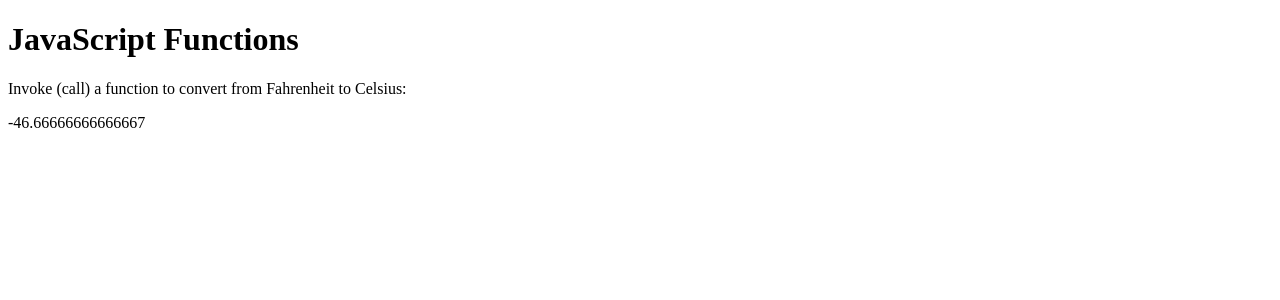
Repository: end888160/end888160.github.io
Page: slidertest.html
An editor plug-in stored every save of this project. The page is shown before and after the next save, followed by the edit.
The browser window is 1280 px wide. The pictures show the whole page.

Above is the page before, as saved 2024-09-21 20:44:18.

### slidertest.html
<!DOCTYPE html>
<html>
<body>

<h1>JavaScript Functions</h1>

<p>Invoke (call) a function to convert from Fahrenheit to Celsius:</p>
<p id="demo"></p>

<script>
function toCelsius(f) {
  return (5/9) * (f-32);
}

let value = toCelsius(-52);
document.getElementById("demo").innerHTML = value;
</script>

</body>
</html>

After the next save:
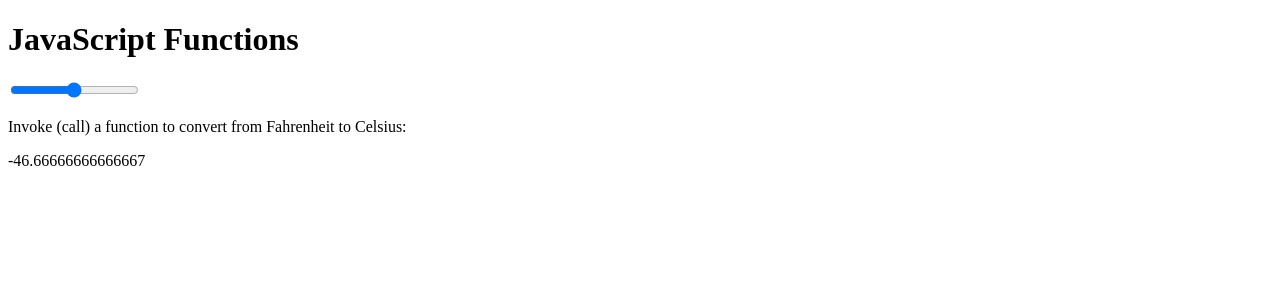
Console error: ReferenceError: Invalid left-hand side in assignment
Saved 4 min 52 s later.
--- a/slidertest.html
+++ b/slidertest.html
@@ -3,6 +3,14 @@
 <body>
 
 <h1>JavaScript Functions</h1>
+
+<div class="slidecontainer">
+  <input type="range" min="1" max="100" value="50" class="slider" id="myRange">
+</div>
+<div id="value"></div>
+<script>
+     document.getElementById("value") = document.getElementById("fahrenheit")
+</script>
 
 <p>Invoke (call) a function to convert from Fahrenheit to Celsius:</p>
 <p id="demo"></p>
